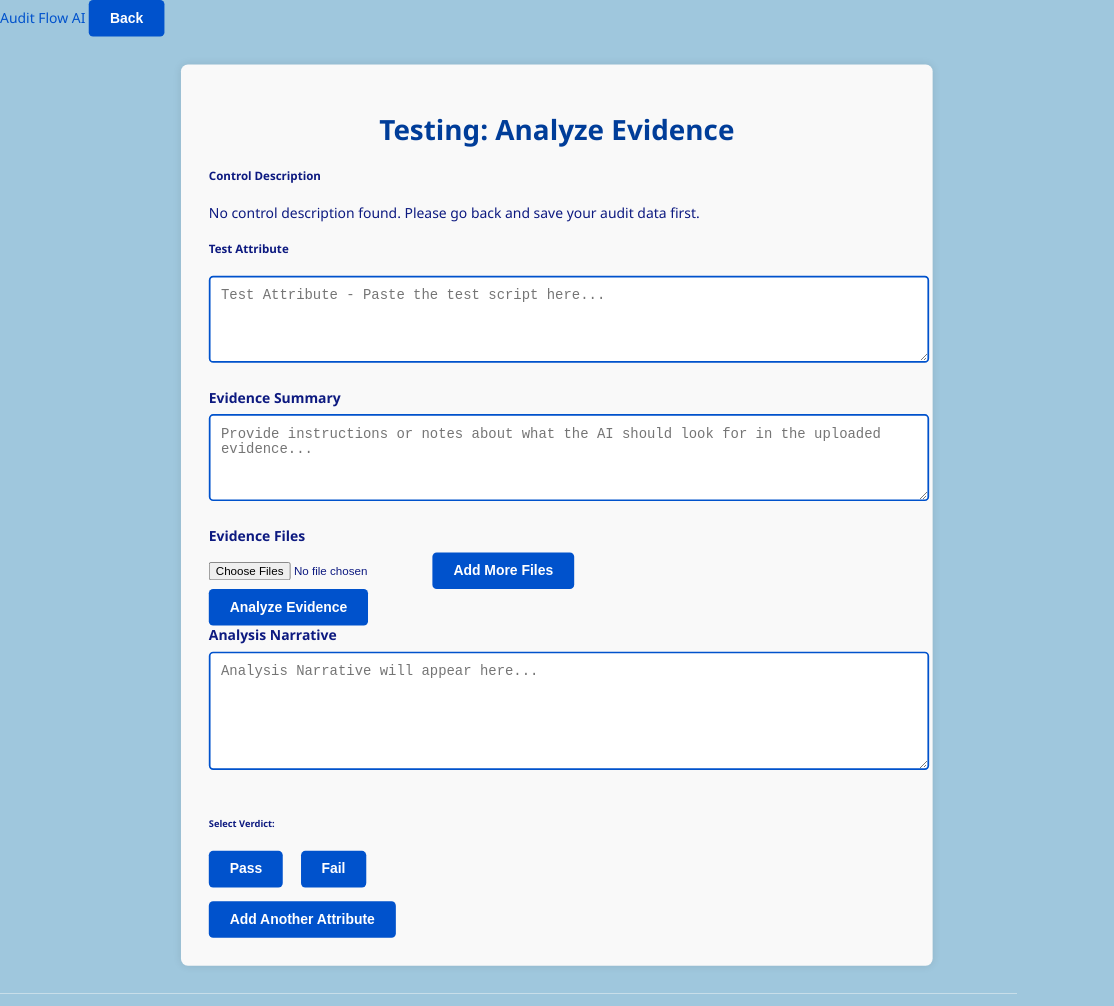
Repository: Adeolaode0/Audit-Flow-AI
Page: http://localhost/testing
These files come from the project's save history. The page is drawn as it stood at one moment and after the next save; the edit follows.
The browser window is 1280 px wide. The pictures show the whole page, at 87% of full size.
The page is served by the project's application, run on Flask 3 (app.py).

Above is the page before, as saved 2025-07-14 00:39:26.

### templates/testing.html
<!DOCTYPE html>
<html lang="en">
<head>
    <meta charset="UTF-8">
    <meta name="viewport" content="width=device-width, initial-scale=1.0">
    <title>Audit Flow AI - Testing</title>
    <link rel="stylesheet" href="/static/styles.css">
</head>
<body>
    <nav class="navbar">
        <div class="container-fluid">
            <a class="navbar-brand" href="/">Audit Flow AI</a>
            <button id="backButton" class="btn btn-secondary">Back</button>
        </div>
    </nav>
    <div class="container">
        <h1 class="text-center">Testing: Analyze Evidence</h1>

        <!-- Control Description Section -->
        <div class="card mb-3">
            <div class="card-body">
                <h5 class="card-title">Control Description</h5>
                <p id="controlDescriptionDisplay" class="card-text">Loading control description...</p>
            </div>
        </div>

        <!-- Test Attributes Container -->
        <div id="testAttributesContainer">
            <!-- Initial Test Attribute -->
            <div class="test-attribute card mb-3">
                <div class="card-body">
                    <h5 class="card-title">Test Attribute</h5>

                    <!-- Test Script (no label, placeholder inside) -->
                    <div class="mb-3">
                        <textarea class="testScript form-control" rows="4" placeholder="Test Attribute - Paste the test script here..."></textarea>
                    </div>

                    <!-- Evidence Summary -->
                    <div class="mb-3">
                        <label class="form-label"><strong>Evidence Summary</strong></label>
                        <textarea class="evidenceSummary form-control" rows="4" placeholder="Provide instructions or notes about what the AI should look for in the uploaded evidence..."></textarea>
                    </div>

                    <!-- File Upload -->
                    <div class="mb-3">
                        <label class="form-label"><strong>Evidence Files</strong></label>
                        <div class="fileUploadContainer">
                            <input type="file" class="form-control mb-3" name="evidence" multiple>
                            <button class="addFileButton btn btn-secondary">Add More Files</button>
                        </div>
                    </div>

                    <button class="analyzeButton btn btn-primary">Analyze Evidence</button>

                    <!-- Analysis Results -->
                    <div class="mb-3 mt-3">
                        <label class="form-label"><strong>Analysis Narrative</strong></label>
                        <textarea class="analysisNarrative form-control" rows="6" readonly placeholder="Analysis Narrative will appear here..."></textarea>
                    </div>

                    <!-- Manual Verdict Selection -->
                    <div class="verdict-section mt-3">
                        <h6>Select Verdict:</h6>
                        <div class="verdict-buttons mb-3">
                            <button class="passButton btn btn-success me-2">Pass</button>
                            <button class="failButton btn btn-danger">Fail</button>
                        </div>
                        <p class="verdict text-center font-weight-bold"></p>
                    </div>
                </div>
            </div>
        </div>

        <!-- Add Another Attribute Button -->
        <button id="addAttributeButton" class="btn btn-secondary">Add Another Attribute</button>
    </div>
    <script>
        // Load control description from localStorage on page load
        window.addEventListener("load", () => {
            const savedData = localStorage.getItem("auditData");
            if (savedData) {
                try {
                    const data = JSON.parse(savedData);
                    const controlDescription = data.control_description || "No control description available.";
                    document.getElementById("controlDescriptionDisplay").innerText = controlDescription;
                } catch (error) {
                    console.error("Error loading saved data:", error);
                    document.getElementById("controlDescriptionDisplay").innerText = "Error loading control description.";
                }
            } else {
                document.getElementById("controlDescriptionDisplay").innerText = "No control description found. Please go back and save your audit data first.";
            }
        });

        // Navigate back to the previous page
        document.getElementById("backButton").addEventListener("click", () => {
            window.location.href = "/";
        });

        // Function to handle evidence analysis - prioritizing Evidence Summary
        async function analyzeEvidence(testAttribute) {
            const testScript = testAttribute.querySelector(".testScript").value.trim();
            const evidenceSummary = testAttribute.querySelector(".evidenceSummary").value.trim();
            const fileUploadContainer = testAttribute.querySelector(".fileUploadContainer");
            const files = fileUploadContainer.querySelectorAll("input[type='file']");
            const analyzeButton = testAttribute.querySelector(".analyzeButton");

            // Get control description from the page
            const controlDescription = document.getElementById("controlDescriptionDisplay").innerText;

            // Validation
            if (!testScript) {
                alert("Please enter a test script.");
                return;
            }
            if (!evidenceSummary) {
                alert("Please enter evidence summary/instructions.");
                return;
            }

            // Check if any files are selected
            let hasFiles = false;
            files.forEach(fileInput => {
                if (fileInput.files.length > 0) {
                    hasFiles = true;
                }
            });

            if (!hasFiles) {
                alert("Please upload at least one evidence file.");
                return;
            }

            const formData = new FormData();

            // Add comprehensive context for AI analysis
            formData.append("control_description", controlDescription);
            formData.append("test_script", testScript);
            formData.append("evidence_summary", evidenceSummary);

            // AI Instructions - PRIORITIZING Evidence Summary
            const analysisInstructions = `
You are a professional auditor. Your PRIMARY TASK is to support and validate the Evidence Summary comments provided by the auditor.

**MOST IMPORTANT - EVIDENCE SUMMARY PRIORITY:**
The auditor has provided specific instructions in the Evidence Summary: "${evidenceSummary}"

**YOUR ROLE:**
1. **PRIORITIZE** the Evidence Summary instructions above all else
2. Review the uploaded evidence files to SUPPORT and VALIDATE the Evidence Summary comments
3. Generate a professional audit narrative that CONFIRMS and EXPANDS on what the auditor noted in Evidence Summary
4. Use the evidence to provide detailed support for the Evidence Summary observations

**CONTEXT (Secondary):**
- Control Description: ${controlDescription}
- Test Attribute: ${testScript}

**ANALYSIS APPROACH:**
1. **START** with the Evidence Summary as your main guidance
2. Review evidence files specifically looking for what the Evidence Summary indicates
3. Build your narrative around SUPPORTING the Evidence Summary comments
4. Add specific details from evidence files that CONFIRM the Evidence Summary
5. If evidence contradicts Evidence Summary, note the discrepancy respectfully

**OUTPUT FORMAT:**
Generate a professional audit workpaper narrative that:
- Validates and supports the Evidence Summary comments
- References specific evidence details that confirm the auditor's observations
- Uses the Evidence Summary as the foundation for conclusions
- Maintains professional audit language

**Remember: The Evidence Summary is the auditor's expert observation - your job is to support it with evidence details.**
            `;

            formData.append("analysis_instructions", analysisInstructions);

            // Add files to the form data
            files.forEach(fileInput => {
                Array.from(fileInput.files).forEach(file => {
                    formData.append("evidence", file);
                });
            });

            // Show loading state
            analyzeButton.disabled = true;
            analyzeButton.textContent = "Analyzing Evidence...";

            try {
                const response = await fetch("/api/analyze-evidence", {
                    method: "POST",
                    body: formData
                });

                const data = await response.json();

                if (data.analysis) {
                    testAttribute.querySelector(".analysisNarrative").value = data.analysis;
                    // Show the verdict buttons after analysis
                    testAttribute.querySelector(".verdict-section").style.display = "block";
                } else {
                    alert(data.error || "Failed to analyze evidence.");
                }
            } catch (error) {
                alert("Error: " + error.message);
            } finally {
                // Reset button state
                analyzeButton.disabled = false;
                analyzeButton.textContent = "Analyze Evidence";
            }
        }

        // Function to set verdict
        function setVerdict(testAttribute, verdict) {
            const verdictElement = testAttribute.querySelector(".verdict");
            const passButton = testAttribute.querySelector(".passButton");
            const failButton = testAttribute.querySelector(".failButton");

            // Reset button states
            passButton.classList.remove("btn-outline-success");
            passButton.classList.add("btn-success");
            failButton.classList.remove("btn-outline-danger");
            failButton.classList.add("btn-danger");

            if (verdict === "Pass") {
                passButton.classList.remove("btn-success");
                passButton.classList.add("btn-outline-success");
                verdictElement.innerHTML = `Final Verdict: <span class="badge bg-success">Pass</span>`;
            } else {
                failButton.classList.remove("btn-danger");
                failButton.classList.add("btn-outline-danger");
                verdictElement.innerHTML = `Final Verdict: <span class="badge bg-danger">Fail</span>`;
            }
        }

        // Add event listeners for the initial test attribute
        document.addEventListener("DOMContentLoaded", function() {
            // Add event listener for the initial Analyze Evidence button
            document.querySelector(".analyzeButton").addEventListener("click", async (event) => {
                event.preventDefault();
                const testAttribute = event.target.closest(".test-attribute");
                await analyzeEvidence(testAttribute);
            });

            // Add event listener for the first Add More Files button
            document.querySelector(".addFileButton").addEventListener("click", (event) => {
                event.preventDefault();
                const fileUploadContainer = event.target.closest(".fileUploadContainer");
                const newFileInput = document.createElement("input");
                newFileInput.type = "file";
                newFileInput.className = "form-control mb-3";
                newFileInput.name = "evidence";
                fileUploadContainer.appendChild(newFileInput);
            });

            // Add event listeners for Pass/Fail buttons
            document.querySelector(".passButton").addEventListener("click", (event) => {
                const testAttribute = event.target.closest(".test-attribute");
                setVerdict(testAttribute, "Pass");
            });

            document.querySelector(".failButton").addEventListener("click", (event) => {
                const testAttribute = event.target.closest(".test-attribute");
                setVerdict(testAttribute, "Fail");
            });
        });

        // Add Another Test Attribute
        document.getElementById("addAttributeButton").addEventListener("click", () => {
            const testAttributesContainer = document.getElementById("testAttributesContainer");
            const newAttribute = document.createElement("div");
            newAttribute.className = "test-attribute card mb-3";
            newAttribute.innerHTML = `
                <div class="card-body">
                    <h5 class="card-title">Test Attribute</h5>

                    <!-- Test Script (no label, placeholder inside) -->
                    <div class="mb-3">
                        <textarea class="testScript form-control" rows="4" placeholder="Test Attribute - Paste the test script here..."></textarea>
                    </div>

                    <!-- Evidence Summary -->
                    <div class="mb-3">
                        <label class="form-label"><strong>Evidence Summary</strong></label>
                        <textarea class="evidenceSummary form-control" rows="4" placeholder="Provide instructions or notes about what the AI should look for in the uploaded evidence..."></textarea>
                    </div>

                    <!-- File Upload -->
                    <div class="mb-3">
                        <label class="form-label"><strong>Evidence Files</strong></label>
                        <div class="fileUploadContainer">
                            <input type="file" class="form-control mb-3" name="evidence" multiple>
                            <button class="addFileButton btn btn-secondary">Add More Files</button>
                        </div>
                    </div>

                    <button class="analyzeButton btn btn-primary">Analyze Evidence</button>

                    <!-- Analysis Results -->
                    <div class="mb-3 mt-3">
                        <label class="form-label"><strong>Analysis Narrative</strong></label>
                        <textarea class="analysisNarrative form-control" rows="6" readonly placeholder="Analysis Narrative will appear here..."></textarea>
                    </div>

                    <!-- Manual Verdict Selection -->
                    <div class="verdict-section mt-3">
                        <h6>Select Verdict:</h6>
                        <div class="verdict-buttons mb-3">
                            <button class="passButton btn btn-success me-2">Pass</button>
                            <button class="failButton btn btn-danger">Fail</button>
                        </div>
                        <p class="verdict text-center font-weight-bold"></p>
                    </div>
                </div>
            `;
            testAttributesContainer.appendChild(newAttribute);

            // Add event listener for the new Analyze Evidence button
            const analyzeButton = newAttribute.querySelector(".analyzeButton");
            analyzeButton.addEventListener("click", async (event) => {
                event.preventDefault();
                await analyzeEvidence(newAttribute);
            });

            // Add event listener for adding more file upload fields
            const addFileButton = newAttribute.querySelector(".addFileButton");
            addFileButton.addEventListener("click", (event) => {
                event.preventDefault();
                const fileUploadContainer = event.target.closest(".fileUploadContainer");
                const newFileInput = document.createElement("input");
                newFileInput.type = "file";
                newFileInput.className = "form-control mb-3";
                newFileInput.name = "evidence";
                fileUploadContainer.appendChild(newFileInput);
            });

            // Add event listeners for Pass/Fail buttons
            const passButton = newAttribute.querySelector(".passButton");
            passButton.addEventListener("click", (event) => {
                const testAttribute = event.target.closest(".test-attribute");
                setVerdict(testAttribute, "Pass");
            });

            const failButton = newAttribute.querySelector(".failButton");
            failButton.addEventListener("click", (event) => {
                const testAttribute = event.target.closest(".test-attribute");
                setVerdict(testAttribute, "Fail");
            });
        });
    </script>
</body>
</html>

Loaded but not shown: app.py (121 lines, source omitted); static/styles.css (102 lines, source omitted)

After the next save:
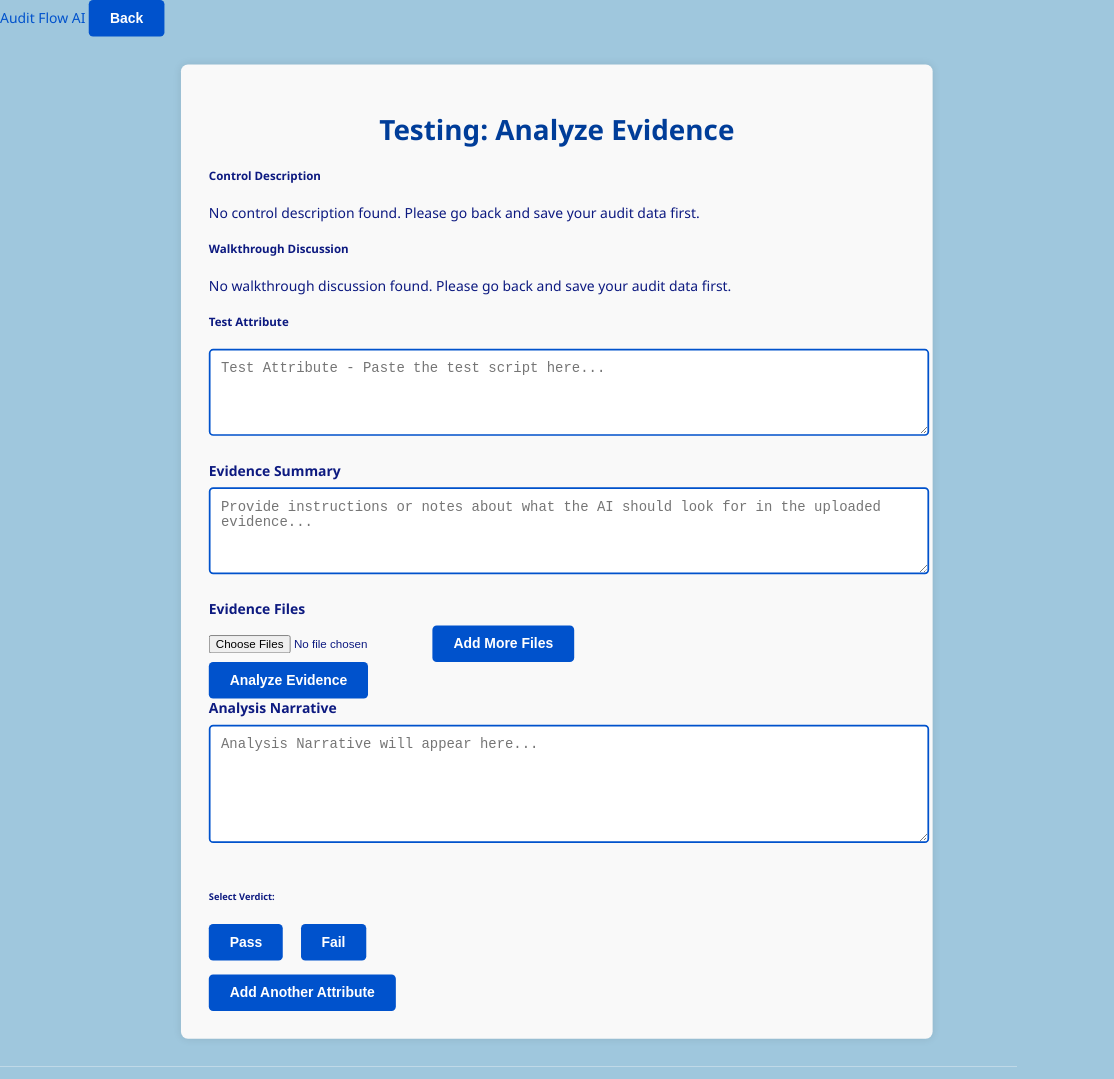
Saved 5 min 36 s later.
--- a/templates/testing.html
+++ b/templates/testing.html
@@ -24,6 +24,14 @@
             </div>
         </div>
 
+        <!-- Walkthrough Discussion Section -->
+        <div class="card mb-3">
+            <div class="card-body">
+                <h5 class="card-title">Walkthrough Discussion</h5>
+                <p id="walkthroughDiscussionDisplay" class="card-text">Loading walkthrough discussion...</p>
+            </div>
+        </div>
+
         <!-- Test Attributes Container -->
         <div id="testAttributesContainer">
             <!-- Initial Test Attribute -->
@@ -76,20 +84,25 @@
         <button id="addAttributeButton" class="btn btn-secondary">Add Another Attribute</button>
     </div>
     <script>
-        // Load control description from localStorage on page load
+        // Load control description and walkthrough discussion from localStorage on page load
         window.addEventListener("load", () => {
             const savedData = localStorage.getItem("auditData");
             if (savedData) {
                 try {
                     const data = JSON.parse(savedData);
                     const controlDescription = data.control_description || "No control description available.";
+                    const walkthroughDiscussion = data.walkthrough_discussion || "No walkthrough discussion available.";
+
                     document.getElementById("controlDescriptionDisplay").innerText = controlDescription;
+                    document.getElementById("walkthroughDiscussionDisplay").innerText = walkthroughDiscussion;
                 } catch (error) {
                     console.error("Error loading saved data:", error);
                     document.getElementById("controlDescriptionDisplay").innerText = "Error loading control description.";
+                    document.getElementById("walkthroughDiscussionDisplay").innerText = "Error loading walkthrough discussion.";
                 }
             } else {
                 document.getElementById("controlDescriptionDisplay").innerText = "No control description found. Please go back and save your audit data first.";
+                document.getElementById("walkthroughDiscussionDisplay").innerText = "No walkthrough discussion found. Please go back and save your audit data first.";
             }
         });
 
@@ -98,7 +111,7 @@
             window.location.href = "/";
         });
 
-        // Function to handle evidence analysis - prioritizing Evidence Summary
+        // Function to handle evidence analysis - prioritizing Evidence Summary with Walkthrough context
         async function analyzeEvidence(testAttribute) {
             const testScript = testAttribute.querySelector(".testScript").value.trim();
             const evidenceSummary = testAttribute.querySelector(".evidenceSummary").value.trim();
@@ -106,8 +119,9 @@
             const files = fileUploadContainer.querySelectorAll("input[type='file']");
             const analyzeButton = testAttribute.querySelector(".analyzeButton");
 
-            // Get control description from the page
+            // Get control description and walkthrough discussion from the page
             const controlDescription = document.getElementById("controlDescriptionDisplay").innerText;
+            const walkthroughDiscussion = document.getElementById("walkthroughDiscussionDisplay").innerText;
 
             // Validation
             if (!testScript) {
@@ -136,10 +150,11 @@
 
             // Add comprehensive context for AI analysis
             formData.append("control_description", controlDescription);
+            formData.append("walkthrough_discussion", walkthroughDiscussion);
             formData.append("test_script", testScript);
             formData.append("evidence_summary", evidenceSummary);
 
-            // AI Instructions - PRIORITIZING Evidence Summary
+            // AI Instructions - PRIORITIZING Evidence Summary with Walkthrough context
             const analysisInstructions = `
 You are a professional auditor. Your PRIMARY TASK is to support and validate the Evidence Summary comments provided by the auditor.
 
@@ -152,25 +167,29 @@ The auditor has provided specific instructions in the Evidence Summary: "${evide
 3. Generate a professional audit narrative that CONFIRMS and EXPANDS on what the auditor noted in Evidence Summary
 4. Use the evidence to provide detailed support for the Evidence Summary observations
 
-**CONTEXT (Secondary):**
+**CONTEXT FOR ANALYSIS:**
 - Control Description: ${controlDescription}
+- Walkthrough Discussion: ${walkthroughDiscussion}
 - Test Attribute: ${testScript}
 
 **ANALYSIS APPROACH:**
 1. **START** with the Evidence Summary as your main guidance
-2. Review evidence files specifically looking for what the Evidence Summary indicates
-3. Build your narrative around SUPPORTING the Evidence Summary comments
-4. Add specific details from evidence files that CONFIRM the Evidence Summary
-5. If evidence contradicts Evidence Summary, note the discrepancy respectfully
+2. Use the Walkthrough Discussion to understand the control process and background
+3. Review evidence files specifically looking for what the Evidence Summary indicates
+4. Build your narrative around SUPPORTING the Evidence Summary comments
+5. Add specific details from evidence files that CONFIRM the Evidence Summary
+6. Reference the Walkthrough Discussion context when relevant to support your analysis
+7. If evidence contradicts Evidence Summary, note the discrepancy respectfully
 
 **OUTPUT FORMAT:**
 Generate a professional audit workpaper narrative that:
 - Validates and supports the Evidence Summary comments
 - References specific evidence details that confirm the auditor's observations
 - Uses the Evidence Summary as the foundation for conclusions
+- Incorporates relevant context from the Walkthrough Discussion
 - Maintains professional audit language
 
-**Remember: The Evidence Summary is the auditor's expert observation - your job is to support it with evidence details.**
+**Remember: The Evidence Summary is the auditor's expert observation - your job is to support it with evidence details while using the Walkthrough Discussion for additional context.**
             `;
 
             formData.append("analysis_instructions", analysisInstructions);
